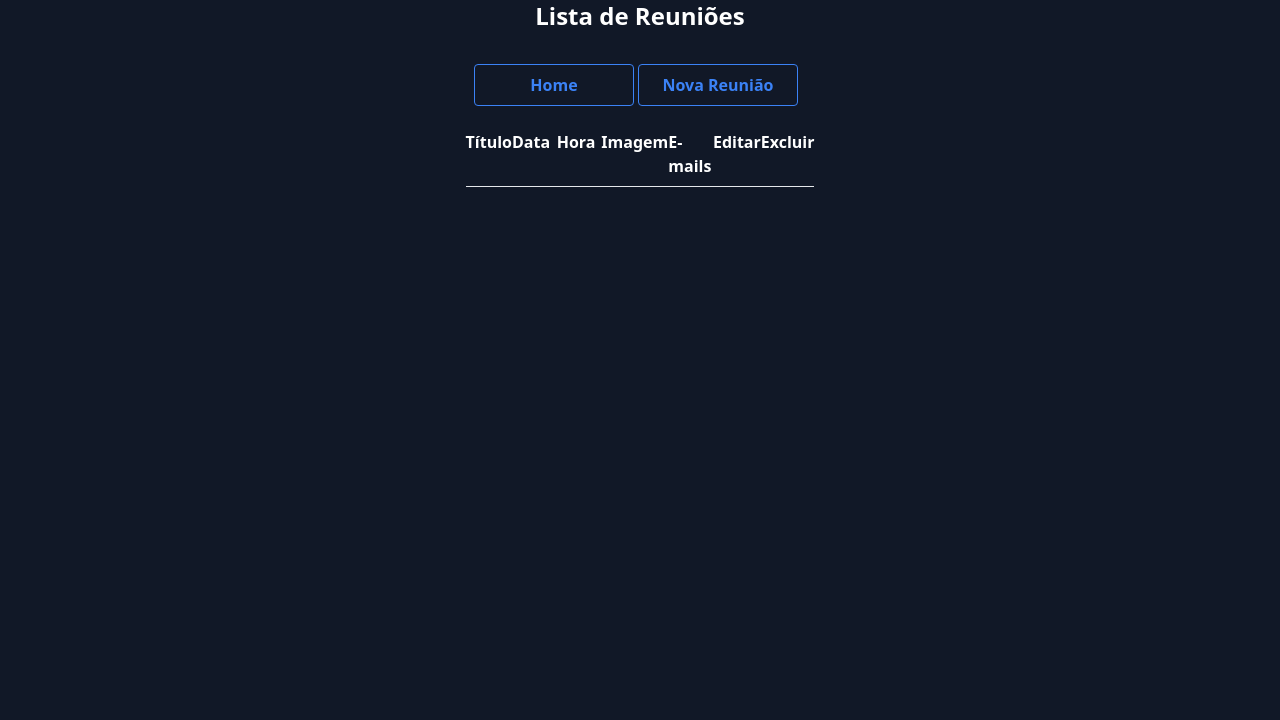
Repository: TamiBeira/meeting
Page: /meetings
These files come from the project's save history. The page is drawn as it stood at one moment and after the next save; the edit follows.
The browser window is 1280 px wide. The pictures show the whole page.
The project was rebuilt for these pictures with package versions that can differ from the ones it lists, and the page was loaded fresh each time. Also part of the build but not shown: vite.config.ts, src/contexts/FormContext.tsx, src/components/Form.tsx, src/components/HomePage.tsx.

Above is the page before, as saved 2024-02-27 00:38:11.

After the next save:
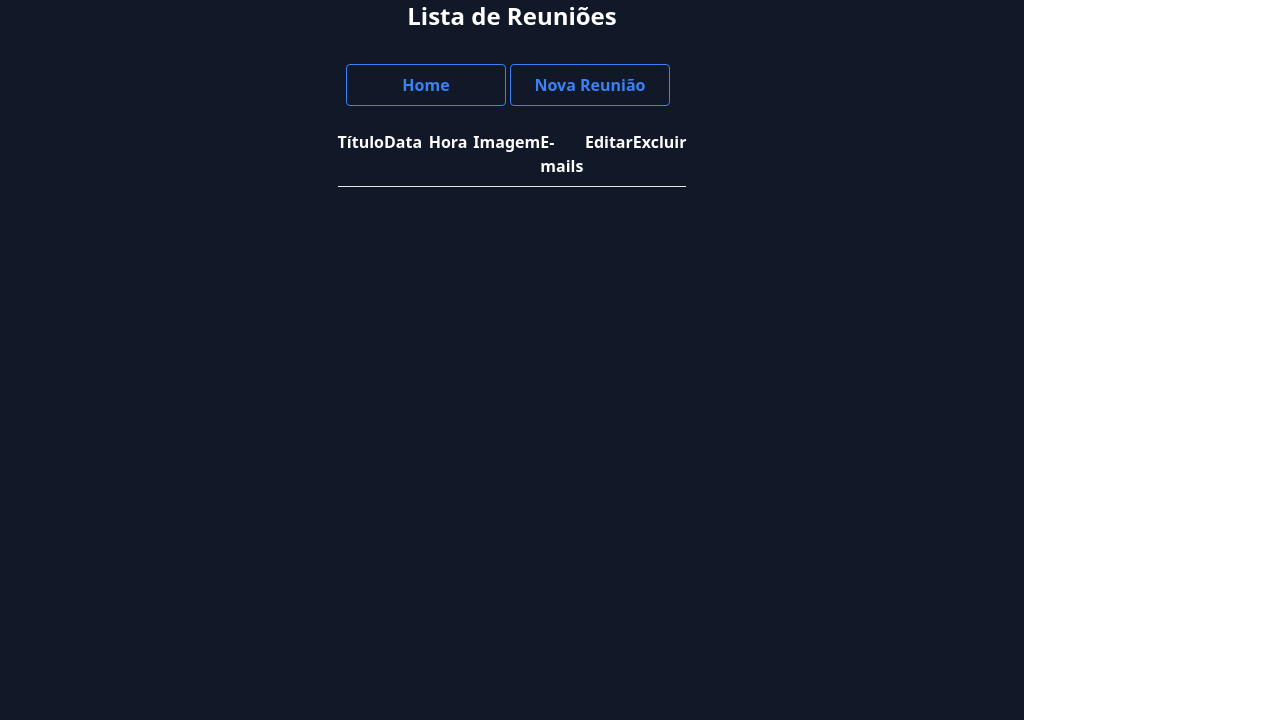
Saved 21 s later.
--- a/src/components/MeetingsView.tsx
+++ b/src/components/MeetingsView.tsx
@@ -28,7 +28,7 @@
   };
 
   return (
-    <div className="flex flex-col items-center bg-gray-900 w-full min-w-max h-screen">
+    <div className="flex flex-col items-center bg-gray-900 w-full max-w-5xl h-screen">
       <h2 className="text-2xl text-white font-bold mb-4">Lista de Reuniões</h2>
       <div className="mt-4 mb-4">
         <Link to="/" className="w-40 mr-1 inline-block text-center border border-solid border-blue-500 text-blue-500 font-bold px-4 py-2 rounded">Home</Link>

After the save that followed:
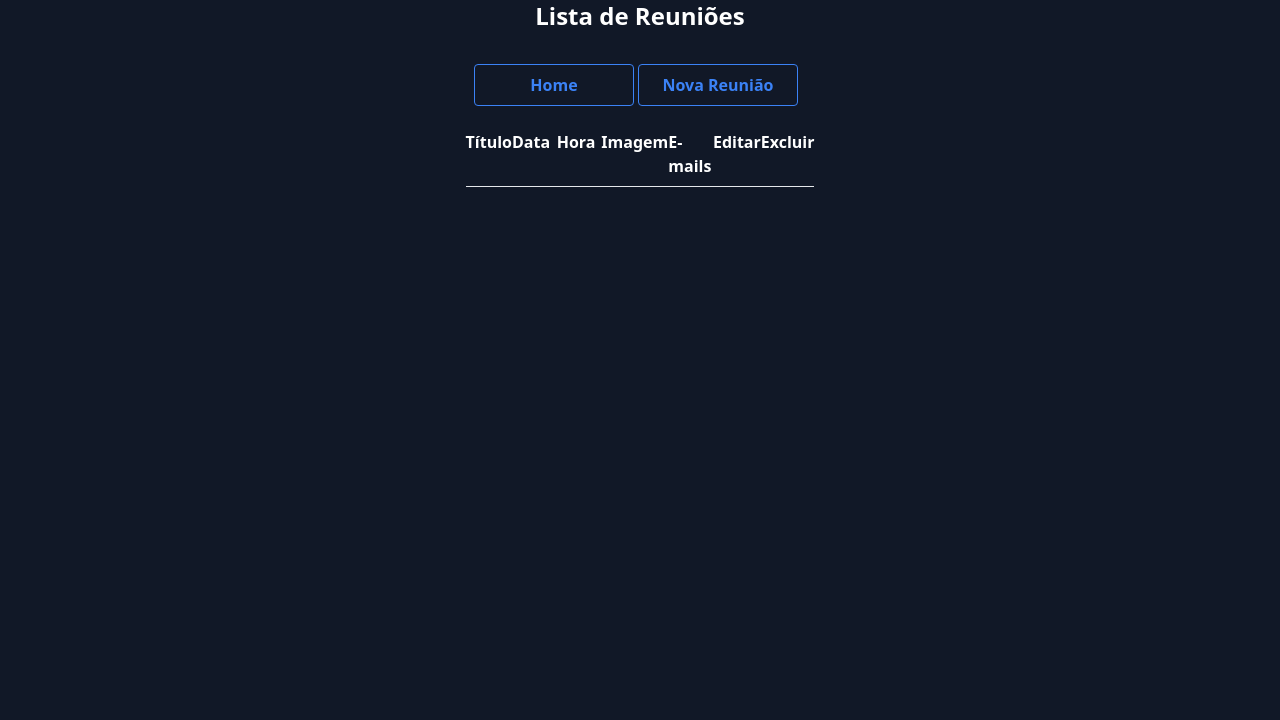
Saved 10 s later.
--- a/src/components/MeetingsView.tsx
+++ b/src/components/MeetingsView.tsx
@@ -28,7 +28,7 @@
   };
 
   return (
-    <div className="flex flex-col items-center bg-gray-900 w-full max-w-5xl h-screen">
+    <div className="flex flex-col items-center bg-gray-900 w-full h-screen">
       <h2 className="text-2xl text-white font-bold mb-4">Lista de Reuniões</h2>
       <div className="mt-4 mb-4">
         <Link to="/" className="w-40 mr-1 inline-block text-center border border-solid border-blue-500 text-blue-500 font-bold px-4 py-2 rounded">Home</Link>
